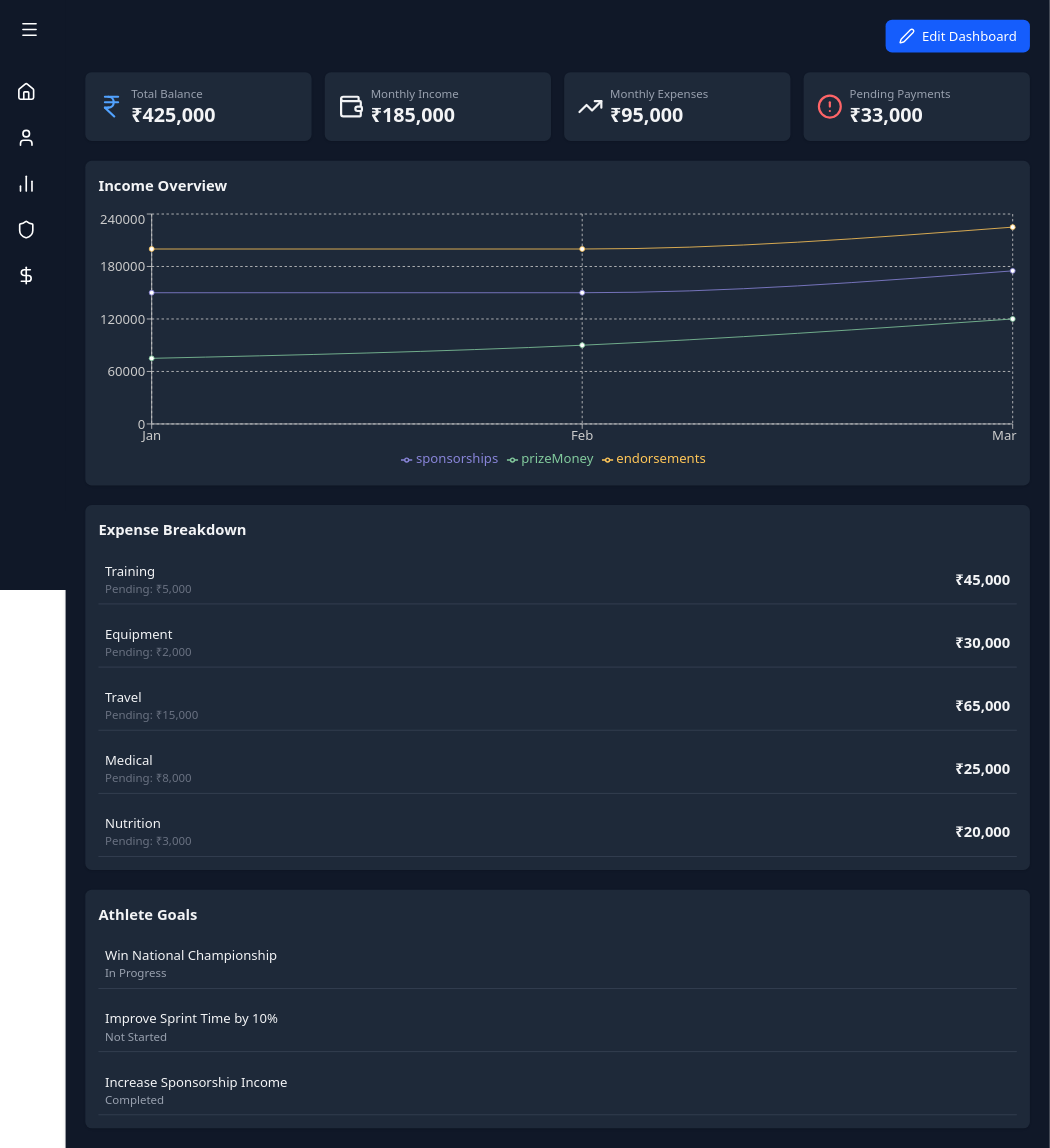
Repository: Shovon0004/Athlete
Page: /financial (app in Athlete/)
The author's editor kept a copy of each file at every save. The page is drawn from the files as they stood at one save, then again after the next save.
The browser window is 1280 px wide. The pictures show the whole page, at 82% of full size.
The project was rebuilt for these pictures with package versions that can differ from the ones it lists, and the page was loaded fresh each time. Also part of the build but not shown: Athlete/vite.config.js, Athlete/src/components/AppointmentPage.jsx, Athlete/src/components/News.jsx, Athlete/src/components/SportsPage.jsx, Athlete/src/components/HeroPage.jsx.

Above is the page before, as saved 2025-01-27 21:23:14.

After the next save:
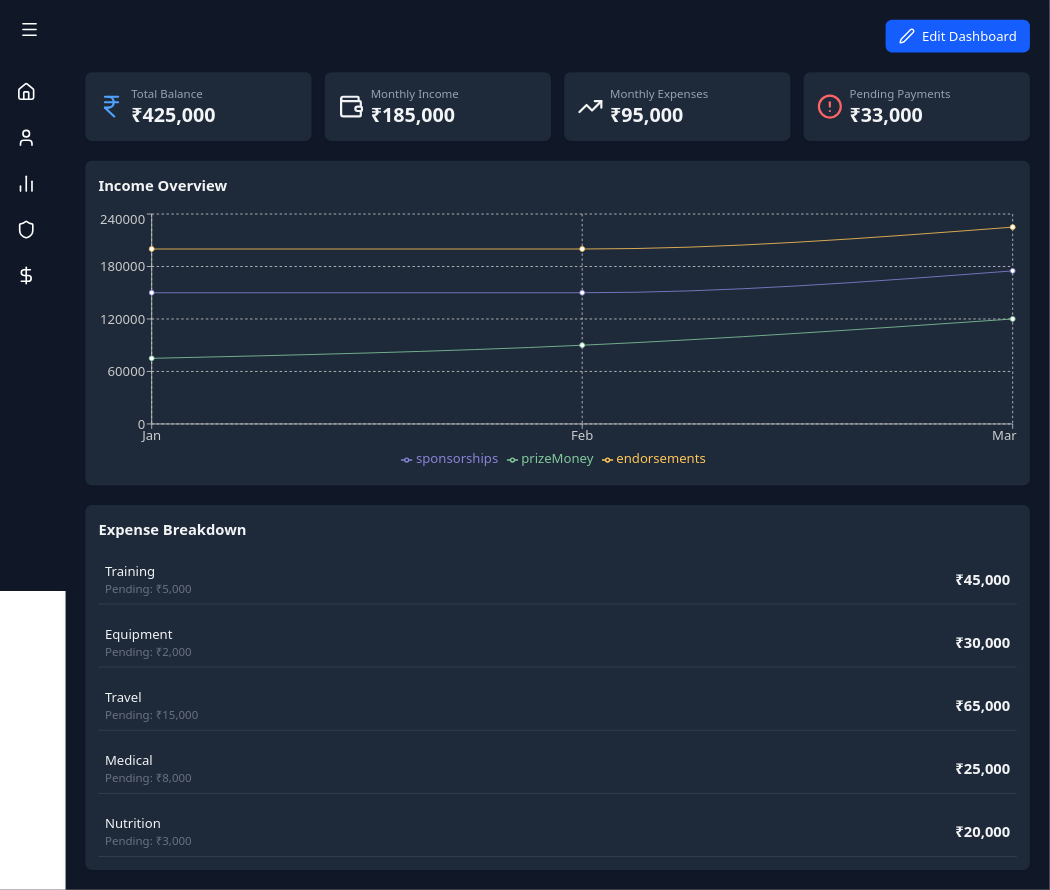
Saved 39 s later.
--- a/Athlete/src/components/EditableFinanceDashboard.jsx
+++ b/Athlete/src/components/EditableFinanceDashboard.jsx
@@ -227,58 +227,7 @@
       </div>
 
       {/* Athlete Goals */}
-      <motion.div
-        className="p-4 bg-gray-800 rounded-lg shadow"
-        initial={{ opacity: 0 }}
-        animate={{ opacity: 1 }}
-        transition={{ duration: 0.5 }}
-      >
-        <h2 className="text-lg font-bold mb-4">Athlete Goals</h2>
-        <div className="space-y-4">
-          {goals.map((goal) => (
-            <motion.div
-              key={goal.id}
-              className="flex items-center justify-between p-2 border-b border-gray-700"
-              whileHover={{ scale: 1.02 }}
-            >
-              <div className="flex-grow">
-                {isEditing ? (
-                  <input
-                    type="text"
-                    value={goal.goal}
-                    onChange={(e) =>
-                      handleGoalChange(goal.id, "goal", e.target.value)
-                    }
-                    className="p-1 border rounded bg-gray-700 text-gray-100"
-                  />
-                ) : (
-                  <p className="font-medium">{goal.goal}</p>
-                )}
-                <p className="text-sm text-gray-400">{goal.status}</p>
-              </div>
-              {isEditing && (
-                <motion.button
-                  onClick={() => deleteGoal(goal.id)}
-                  whileHover={{ scale: 1.1 }}
-                  className="text-red-400 hover:text-red-600"
-                >
-                  <Trash2 className="h-5 w-5" />
-                </motion.button>
-              )}
-            </motion.div>
-          ))}
-        </div>
-        {isEditing && (
-          <motion.button
-            onClick={addGoal}
-            whileHover={{ scale: 1.05 }}
-            className="flex items-center space-x-2 px-4 py-2 bg-blue-600 text-white rounded-lg hover:bg-blue-700 mt-4"
-          >
-            <Plus className="h-5 w-5" />
-            <span>Add Goal</span>
-          </motion.button>
-        )}
-      </motion.div>
+
     </div>
   );
 };
